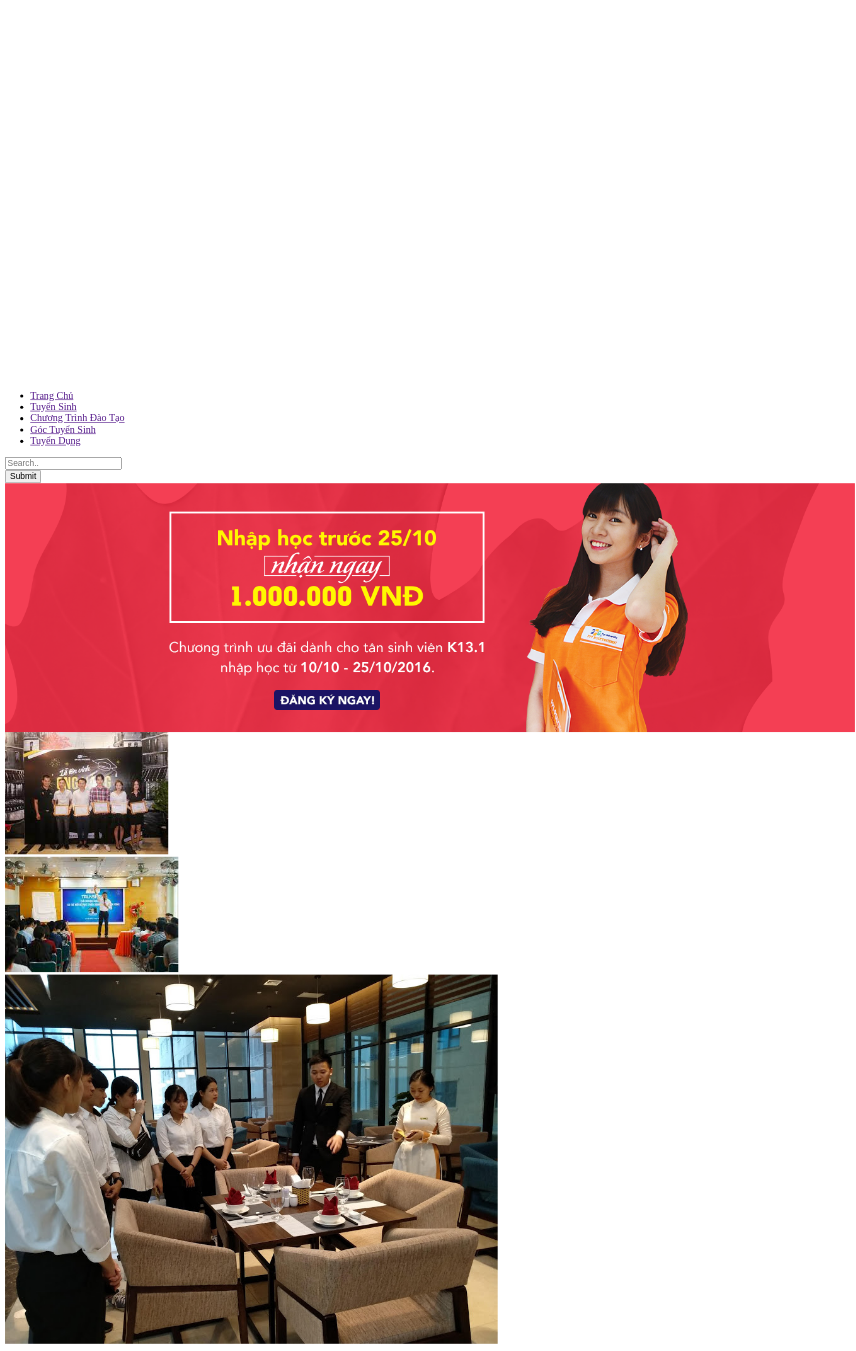
Repository: manhkkkk/assigntment
Page: index.html
An editor plug-in stored every save of this project. The page is shown before and after the next save, followed by the edit.
The browser window is 1280 px wide. The page is 1359 px wide, so the pictures cover 1359 px, including what lies to the right of the window. The pictures show the whole page, at 63% of full size.

Above is the page before, as saved 2022-01-10 05:47:34.

### index.html
<!DOCTYPE html>
<html lang="en">
    <head>
        <meta charset="UTF-8" />
        <link rel="icon" type="image/svg+xml" href="favicon.svg" />
        <meta http-equiv="X-UA-Compatible" content="IE=edge" />
        <meta name="viewport" content="width=device-width, initial-scale=1.0" />
        <link rel="stylesheet" href="./style.css" />
        <title>Document</title>
    </head>
    <body>
        <header>
            <div class="container mx-auto px-4">
                <div class="bg-blue-900 mx-auto">
                    <img
                        src="./image/logo.png"
                        alt="website logo"
                        class="w-80 h-auto mx-auto"
                    />
                </div>
                <nav
                    class="flex justify-between items-center bg-orange-600 px-3 py-3"
                >
                    <ul
                        class="flex flex-row w-full justify-center items-center"
                        red
                        transitiongreen
                        duration-600
                        ease-in
                    >
                        <li
                            class="mx-12 text-white not-italic font-normal text-lg hover:text-green-500 transition duration-600 ease-in"
                        >
                            <a href="">Trang Chủ</a>
                        </li>
                        <li
                            class="mx-12 text-white not-italic font-normal text-lg hover:text-green-500 transition duration-600 ease-in"
                        >
                            <a href="">Tuyển Sinh</a>
                        </li>
                        <li
                            class="mx-12 text-white not-italic font-normal text-lg hover:text-green-500 transition duration-600 ease-in"
                        >
                            <a href="">Chương Trình Đào Tạo</a>
                        </li>
                        <li
                            class="mx-12 text-white not-italic font-normal text-lg hover:text-green-500 transition duration-600 ease-in"
                        >
                            <a href="">Góc Tuyển Sinh</a>
                        </li>
                        <li
                            class="mx-12 text-white not-italic font-normal text-lg hover:text-green-500 transition duration-600 ease-in"
                        >
                            <a href="">Tuyển Dụng</a>
                        </li>
                    </ul>
                    <div class="flex right-3">
                        <div>
                            <input
                                class="py-1 border-none px-2"
                                type="text"
                                placeholder="Search.."
                            />
                        </div>
                        <div class="pl-5">
                            <button
                                class="bg-blue-900 py-1 px-3 border-solid border border-white-900 text-white hover:bg-green-500 transition duration-600 ease-in"
                                type="submit"
                            >
                                Submit
                            </button>
                        </div>
                    </div>
                </nav>
                <div
                    class="w-full h-auto pt-4 bg-cover bg-center overflow-hidden relative"
                >
                    <img
                        class="mySlides w-full h-auto bg-cover bg-center relative delay-700"
                        src="./image/Banner1.png"
                    />
                    <img
                        class="mySlides w-full h-auto bg-cover bg-center relative delay-700"
                        src="./image/Banner2.png"
                    />
                </div>
            </div>
        </header>
        <section>
            <div class="container mx-auto px-4">
                <div class="flex justify-between items-center">
                    <article>
                        <div>
                            <img src="./image/im-1.png" class="w-64 h-48" />
                        </div>
                        <div></div>
                    </article>
                    <article>
                        <div>
                            <img src="./image/im-2.png" class="w-64 h-48" />
                        </div>
                        <div></div>
                    </article>
                    <article>
                        <div>
                            <img src="./image/im-3.png" class="w-64 h-48" />
                        </div>
                        <div></div>
                    </article>
                </div>
                <div>
                    <article></article>
                    <article></article>
                    <article></article>
                </div>
            </div>
        </section>
        <script type="module" src="./src/main.js"></script>
    </body>
</html>

### style.css
@tailwind base;
@tailwind components;
@tailwind utilities;
.mySlides {
    position: relative;
    animation: animateright 0.4s;
}
@keyframes animateright {
    from {
        right: -300px;
        opacity: 0;
    }
    to {
        right: 0;
        opacity: 1;
    }
}

### src/main.js
var myIndex = 0;
carousel();

function carousel() {
  var i;
  var x = document.getElementsByClassName("mySlides");
  for (i = 0; i < x.length; i++) {
    x[i].style.display = "none";
  }
  myIndex++;
  if (myIndex > x.length) {myIndex = 1}
  x[myIndex-1].style.display = "block";
  setTimeout(carousel, 3000);
}

After the next save:
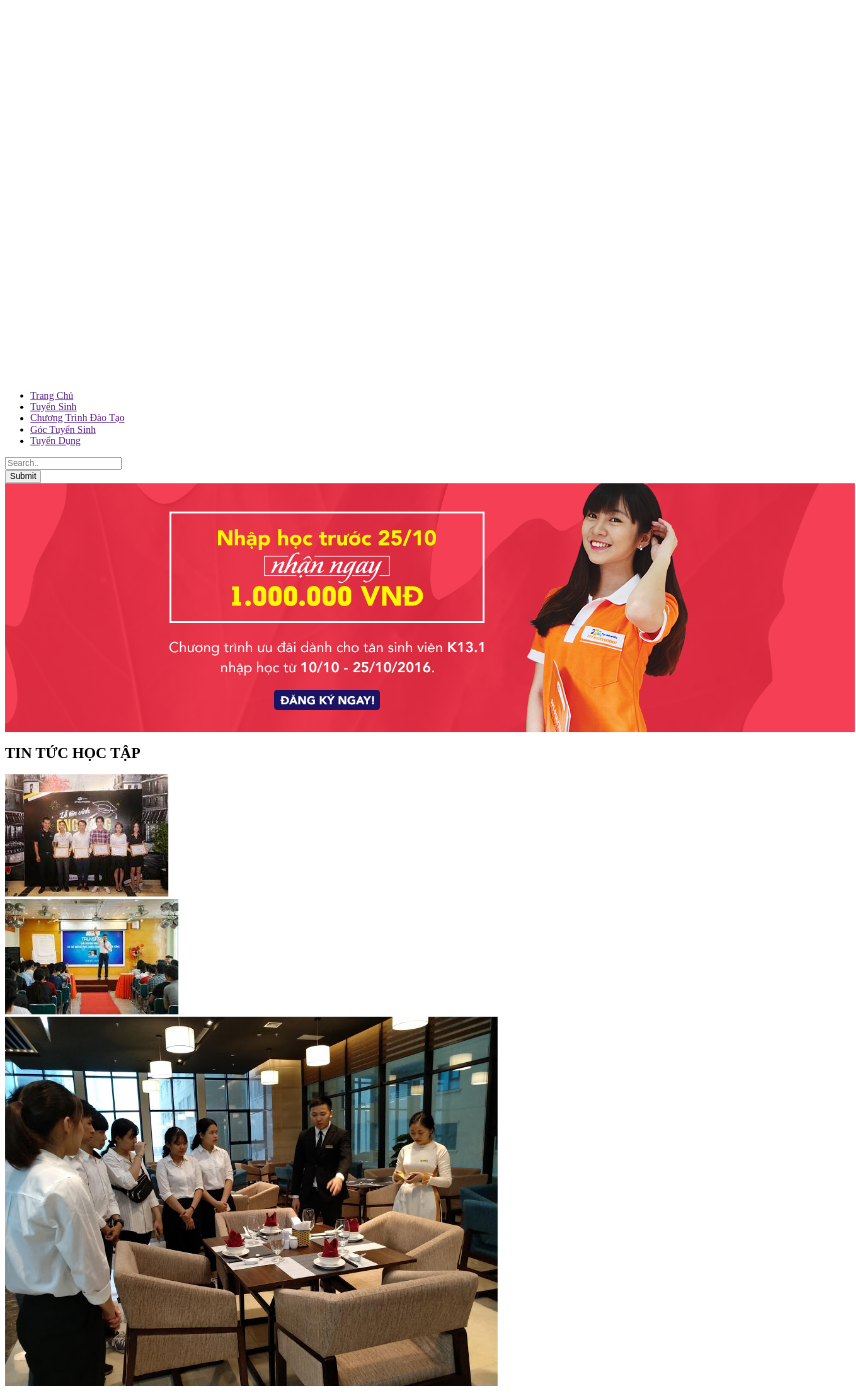
Saved 50 s later.
--- a/index.html
+++ b/index.html
@@ -88,6 +88,9 @@
         </header>
         <section>
             <div class="container mx-auto px-4">
+                <div>
+                    <h1>TIN TỨC HỌC TẬP</h1>
+                </div>
                 <div class="flex justify-between items-center">
                     <article>
                         <div>
